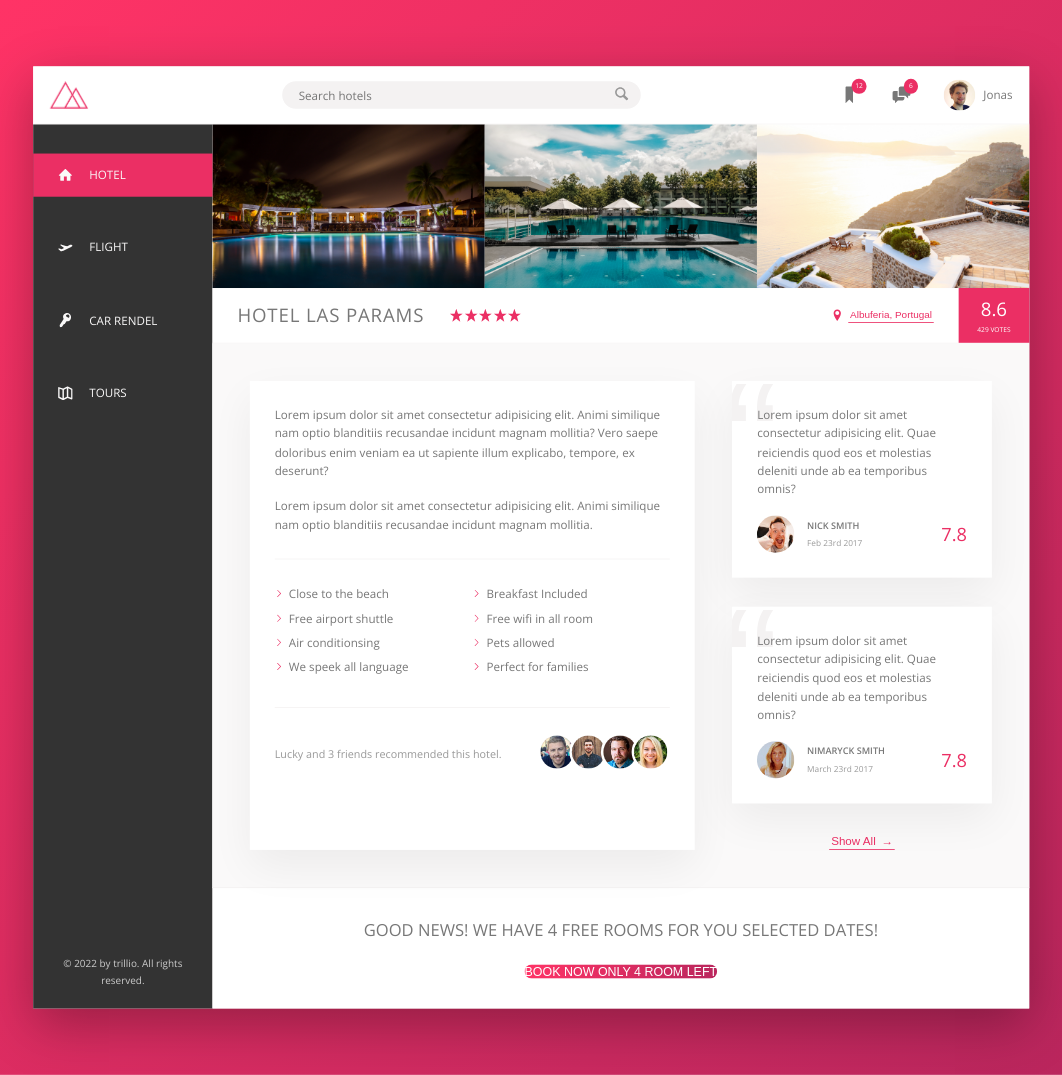
Repository: mohamediyas/flex_website
Page: index.html
These files come from the project's save history. The page is drawn as it stood at one moment and after the next save; the edit follows.
The browser window is 1280 px wide. The pictures show the whole page, at 83% of full size.
The style sheet was rebuilt from its Sass, Less or Tailwind sources for each picture, by a compiler version that may differ from the author's.

Above is the page before, as saved 2022-08-06 19:11:38.

### index.html
<!DOCTYPE html>
<html lang="en">
  <head>
    <meta charset="UTF-8" />
    <meta name="viewport" content="width=device-width, initial-scale=1.0" />
    <meta http-equiv="X-UA-Compatible" content="ie=edge" />

    <link
      href="https://fonts.googleapis.com/css?family=Open+Sans:300,400,600"
      rel="stylesheet"
    />
    <link rel="stylesheet" href="css/style.css" />
    <link rel="shortcut icon" type="image/png" href="img/favicon.png" />

    <title>nexter &mdash; your home, your freedom</title>
  </head>
  <body>
    <div class="container">
      <header class="header">
        <img src="img/logo.png" alt="trilio logo" class="logo" />
        <form action="#" class="search">
          <input
            type="text"
            class="search__input"
            placeholder="Search hotels"
          />
          <button class="search__button">
            <svg class="search__icon">
              <use xlink:href="img/sprite.svg#icon-magnifying-glass"></use>
            </svg>
          </button>
        </form>

        <nav class="user-nav">
          <div class="user-nav__icon-box">
            <svg class="user-nav__icon">
              <use xlink:href="img/sprite.svg#icon-bookmark"></use>
            </svg>
            <span class="user-nav__notification">12</span>
          </div>
          <div class="user-nav__icon-box">
            <svg class="user-nav__icon">
              <use xlink:href="img/sprite.svg#icon-chat"></use>
            </svg>
            <span class="user-nav__notification">6</span>
          </div>
          <div class="user-nav__user">
            <img
              src="img/user.jpg"
              alt="user image"
              class="user-nav__user-photo"
            />
            <span class="user-nav__user-name">Jonas</span>
          </div>
        </nav>
      </header>
      <div class="content">
        <nav class="sidebar">
          <ul class="side-nav">
            <li class="side-nav__item side-nav__item--active">
              <a href="#" class="side-nav__link">
                <svg class="side-nav__icon">
                  <use xlink:href="img/sprite.svg#icon-home"></use>
                </svg>
                <span>Hotel</span>
              </a>
            </li>
            <li class="side-nav__item">
              <a href="#" class="side-nav__link">
                <svg class="side-nav__icon">
                  <use xlink:href="img/sprite.svg#icon-aircraft-take-off"></use>
                </svg>
                <span>Flight</span>
              </a>
            </li>
            <li class="side-nav__item">
              <a href="#" class="side-nav__link">
                <svg class="side-nav__icon">
                  <use xlink:href="img/sprite.svg#icon-key"></use>
                </svg>
                <span>Car Rendel</span>
              </a>
            </li>
            <li class="side-nav__item">
              <a href="#" class="side-nav__link">
                <svg class="side-nav__icon">
                  <use xlink:href="img/sprite.svg#icon-map"></use>
                </svg>
                <span>Tours</span>
              </a>
            </li>
          </ul>
          <div class="legal">&copy; 2022 by trillio. All rights reserved.</div>
        </nav>
        <main class="hotel">
          <div class="gallery">
            <figure class="gallery__item">
              <img
                src="img/hotel-1.jpg"
                aria-label="home photot"
                alt=""
                class="gallery__photo"
              />
            </figure>

            <figure class="gallery__item">
              <img
                src="img/hotel-2.jpg"
                aria-label="home photot"
                alt=""
                class="gallery__photo"
              />
            </figure>

            <figure class="gallery__item">
              <img
                src="img/hotel-3.jpg"
                aria-label="home photot"
                alt=""
                class="gallery__photo"
              />
            </figure>
          </div>
          <div class="overview">
            <h1 class="overview__heading">Hotel las params</h1>
            <div class="overview__stars">
              <svg class="overview__icon-star">
                <use xlink:href="img/sprite.svg#icon-star"></use>
              </svg>
              <svg class="overview__icon-star">
                <use xlink:href="img/sprite.svg#icon-star"></use>
              </svg>
              <svg class="overview__icon-star">
                <use xlink:href="img/sprite.svg#icon-star"></use>
              </svg>
              <svg class="overview__icon-star">
                <use xlink:href="img/sprite.svg#icon-star"></use>
              </svg>
              <svg class="overview__icon-star">
                <use xlink:href="img/sprite.svg#icon-star"></use>
              </svg>
            </div>
            <div class="overview__location">
              <svg class="overview__icon-location">
                <use xlink:href="img/sprite.svg#icon-location-pin"></use>
              </svg>
              <button class="btn-inline">Albuferia, Portugal</button>
            </div>

            <div class="overview__rating">
              <div class="overview__rating-average">8.6</div>

              <div class="overview__rating-count">429 votes</div>
            </div>
          </div>
          <div class="detail">
            <div class="description">
              <p class="paragraph">
                Lorem ipsum dolor sit amet consectetur adipisicing elit. Animi
                similique nam optio blanditiis recusandae incidunt magnam
                mollitia? Vero saepe doloribus enim veniam ea ut sapiente illum
                explicabo, tempore, ex deserunt?
              </p>
              <p class="paragraph">
                Lorem ipsum dolor sit amet consectetur adipisicing elit. Animi
                similique nam optio blanditiis recusandae incidunt magnam
                mollitia.
              </p>
              <ul class="list">
                <li class="list__item">Close to the beach</li>
                <li class="list__item">Breakfast Included</li>
                <li class="list__item">Free airport shuttle</li>
                <li class="list__item">Free wifi in all room</li>
                <li class="list__item">Air conditionsing</li>
                <li class="list__item">Pets allowed</li>
                <li class="list__item">We speek all language</li>
                <li class="list__item">Perfect for families</li>
              </ul>
              <div class="recommend">
                <p class="recommend__count">
                  Lucky and 3 friends recommended this hotel.
                </p>
                <div class="recommend__friends">
                  <img src="img/user-3.jpg" alt="" class="recommend__photo" />
                  <img src="img/user-4.jpg" alt="" class="recommend__photo" />
                  <img src="img/user-5.jpg" alt="" class="recommend__photo" />
                  <img src="img/user-6.jpg" alt="" class="recommend__photo" />
                </div>
              </div>
            </div>
            <div class="user-reviews">
              <figure class="review">
                <blockquote class="review__text">
                  Lorem ipsum dolor sit amet consectetur adipisicing elit. Quae
                  reiciendis quod eos et molestias deleniti unde ab ea
                  temporibus omnis?
                </blockquote>
                <figcaption class="review__user">
                  <img class="review__photo" src="img/user-1.jpg" alt="" />
                  <div class="review__user-box">
                    <p class="review__user-name">Nick smith</p>
                    <p class="review__user-date">Feb 23rd 2017</p>
                  </div>
                  <div class="review__rating">7.8</div>
                </figcaption>
              </figure>
              <figure class="review">
                <blockquote class="review__text">
                  Lorem ipsum dolor sit amet consectetur adipisicing elit. Quae
                  reiciendis quod eos et molestias deleniti unde ab ea
                  temporibus omnis?
                </blockquote>
                <figcaption class="review__user">
                  <img class="review__photo" src="img/user-2.jpg" alt="" />
                  <div class="review__user-box">
                    <p class="review__user-name">NiMaryck smith</p>
                    <p class="review__user-date">March 23rd 2017</p>
                  </div>
                  <div class="review__rating">7.8</div>
                </figcaption>
              </figure>
              <button class="btn-inline">Show All <span>&rarr;</span></button>
            </div>
          </div>
          <div class="cta">
            <h2 class="cta__book-now">
              Good news! we have 4 free rooms for you selected dates!
            </h2>
            <button class="btn">
              <span class="btn__visible"> Book Now </span>
              <span class="btn__invisible"> Only 4 room left </span>
            </button>
          </div>
        </main>
      </div>
    </div>
  </body>
</html>

### sass/_base.scss
// COLOR VARIABLES

:root {
  --color-primary: #eb2f64;
  --color-primary-light: #ff3366;
  --color-primary-dark: #ba265d;

  --color-grey-light-1: #faf9f9;
  --color-grey-light-2: #f4f2f2;
  --color-grey-light-3: #f0eeee;
  --color-grey-light-4: #ccc;

  --color-grey-dark-1: #333;
  --color-grey-dark-2: #777;
  --color-grey-dark-3: #999;

  --shadow-dark: 0 2rem 6rem rgba(0, 0, 0, 0.3);
  --shadow-light: 0 2rem 5rem rgba(0, 0, 0, 0.06);

  --line: 1px solid var(--color-grey-light-2);
}

* {
  margin: 0;
  padding: 0;
}

*,
*::after,
*::before {
  box-sizing: inherit;
}

html {
  box-sizing: border-box;
  font-size: 62.5%;
}

body {
  background-image: linear-gradient(
    to right bottom,
    var(--color-primary-light),
    var(--color-primary-dark)
  );
  font-family: "Open Sans", sans-serif;
  font-weight: 400;
  line-height: 1.6;
  background-size: cover;
  background-repeat: no-repeat;
  min-height: 100vh;
  color: var(--color-grey-dark-2);
}

### sass/_components.scss
.logo {
  height: 3.25rem;
  margin-left: 2rem;
}

.search {
  flex: 0 0 40%;

  display: flex;
  justify-content: center;
  align-items: center;

  &__input {
    font-family: inherit;
    font-size: inherit;
    background-color: var(--color-grey-light-2);
    border: none;
    color: inherit;
    padding: 0.7rem 2rem;
    border-radius: 100px;
    width: 90%;
    transition: all 0.2s;
    margin-right: -3.25rem;
    &:focus {
      outline: none;
      width: 100%;
      background-color: var(--color-grey-light-3);
    }
  }

  &::-webkit-input-placeholder {
    font-weight: 100;
    color: var(--color-grey-light-4);
  }

  &__input:focus + &__button {
    background-color: var(--color-grey-light-3);
  }

  &__button {
    border: none;
    background-color: var(--color-grey-light-2);

    &:focus {
      outline: none;
    }

    &:active {
      transform: translateY(2px);
    }
  }

  &__icon {
    height: 2rem;
    width: 2rem;
    fill: var(--color-grey-dark-3);
  }
}

.user-nav {
  align-self: stretch;
  display: flex;
  align-items: center;

  & > * {
    padding: 0 2rem;
    cursor: pointer;
    height: 100%;
    display: flex;
    align-items: center;
  }

  & > *:hover {
    background-color: var(--color-grey-light-2);
  }

  &__icon-box {
    position: relative;
  }

  &__icon {
    height: 2.25rem;
    width: 2.25rem;
    fill: var(--color-grey-dark-2);
  }

  &__notification {
    font-size: 0.8rem;
    height: 1.75rem;
    width: 1.75rem;
    border-radius: 50%;
    background-color: var(--color-primary);
    color: #fff;
    position: absolute;
    top: 1.5rem;
    right: 1.1rem;
    display: flex;
    justify-content: center;
    align-items: center;
  }

  &__user {
  }

  &__user-photo {
    height: 3.75rem;
    border-radius: 50%;
    margin-right: 1rem;
  }

  &__user-name {
  }
}

// side navigation

.side-nav {
  font-size: 1.4rem;
  list-style: none;
  margin-top: 3.5rem;

  &__item {
    position: relative;

    &:not(:last-child) {
      margin-bottom: 3.5rem;
    }
  }

  &__item::before {
    content: "";
    position: absolute;
    top: 0;
    left: 0;
    height: 100%;
    width: 3px;
    background-color: var(--color-primary);
    transform: scaleY(0);
    transition: transform 0.2s, width 0.4s cubic-bezier(1, 0, 0, 1) 0.2s;
  }

  &__item:hover:before,
  &__item--active::before {
    transform: scaleY(1);
    width: 100%;
  }

  &__item:active:before {
    background-color: var(--color-primary-light);
  }

  &__link:link,
  &__link:visited {
    color: var(--color-grey-light-1);
    text-decoration: none;
    text-transform: uppercase;
    display: block;
    padding: 1.5rem 3rem;
    z-index: 10;
    position: relative;
    display: flex;
    align-items: center;
  }

  &__link:hover {
    color: white;
  }

  &__icon {
    width: 1.75rem;
    height: 1.75rem;
    margin-right: 2rem;
    fill: currentColor;
  }
}

.legal {
  font-size: 1.2rem;
  text-align: center;
  color: var(--color-grey-light-4);
  padding: 2.5rem;
}

.gallery {
  display: flex;

  &__photo {
    width: 100%;
    display: block;
  }
}

.overview {
  display: flex;
  border-bottom: 1px solid var(--color-grey-light-2);
  align-items: center;

  &__heading {
    font-size: 2.25rem;
    font-weight: 300;
    text-transform: uppercase;
    letter-spacing: 1px;
    padding: 1.5rem 3rem;
  }
  &__stars {
    // flex: 1;
    margin-right: auto;
    display: flex;
  }
  &__icon-star,
  &__icon-location {
    width: 1.75rem;
    height: 1.75rem;
    fill: var(--color-primary);
  }
  &__location {
    font-size: 1.2rem;
    display: flex;
    align-items: center;
  }

  &__icon-location {
    margin-right: 0.5rem;
  }

  &__rating {
    background-color: var(--color-primary);
    margin-left: 3rem;
    color: #fff;
    align-self: stretch;
    padding: 0 2.25rem;

    display: flex;
    flex-direction: column;
    align-items: center;
    justify-content: center;
  }
  &__rating-average {
    font-size: 2.25rem;
    font-weight: 300;
  }
  &__rating-count {
    font-size: 0.8rem;
    text-transform: uppercase;
  }
}

.paragraph:not(:last-of-type) {
  margin-bottom: 2rem;
}

.list {
  list-style: none;
  margin: 3rem 0;
  padding: 3rem 0;
  border-top: var(--line);
  border-bottom: var(--line);
  display: flex;
  flex-wrap: wrap;

  &__item {
    flex: 0 0 50%;
    margin-bottom: 0.7rem;
  }

  &__item::before {
    content: "";
    display: inline-block;
    height: 1rem;
    width: 1rem;
    margin-right: 0.7rem;
    // background-image: url(../img/chevron-thin-right.svg);

    // background-size: cover;

    // masks
    background-color: var(--color-primary);
    -webkit-mask-image: url(../img/chevron-thin-right.svg);
    -webkit-mask-size: cover;
  }
}

.recommend {
  font-size: 1.3rem;
  color: var(--color-grey-dark-3);

  display: flex;
  align-items: center;
  // justify-content: space-between;
  &__count {
    margin-right: auto;
  }

  &__friend {
  }

  &__photo {
    box-sizing: content-box;
    height: 4rem;
    width: 4rem;
    border-radius: 50%;
    border: 3px solid #fff;

    &:not(:last-child) {
      margin-right: -1.15rem;
    }
  }
}

// reviews

.review {
  background-color: #fff;
  box-shadow: var(--shadow-light);
  padding: 3rem;
  margin-bottom: 3.5rem;
  position: relative;
  overflow: hidden;

  &__text {
    margin-bottom: 2rem;
    z-index: 10;
    position: relative;
  }
  &__user {
    display: flex;
    align-items: center;
  }
  &__photo {
    height: 4.5rem;
    width: 4.5rem;
    border-radius: 50%;
    margin-right: 1.5rem;
  }
  &__user-box {
    margin-right: auto;
  }

  &__user-name {
    font-size: 1.1rem;
    font-weight: 600;
    text-transform: uppercase;
    margin-bottom: 0.4rem;
  }

  &__user-date {
    font-size: 1rem;
    color: var(--color-grey-dark-3);
  }

  &__rating {
    color: var(--color-primary);
    font-size: 2.2rem;
    font-weight: 300;
  }

  &::before {
    content: "\201c";
    position: absolute;
    top: -2.75rem;
    left: -1rem;
    line-height: 1;
    font-size: 20rem;
    color: var(--color-grey-light-2);
    font-family: sans-serif;
    z-index: 1;
  }
}

.cta {
  padding: 3.5rem 0;
  text-align: center;

  &__book-now {
    font-size: 2rem;
    font-weight: 300;
    text-transform: uppercase;
    margin-bottom: 2.5rem;
  }
}

.btn {
  font-size: 1.5rem;
  border: none;
  text-transform: uppercase;
  font-weight: 300;
  border-radius: 100px;
  background-image: linear-gradient(
    to right,
    var(--color-primary-light),
    var(--color-primary-dark)
  );
  color: #fff;
  &__visible {
  }

  &__invisible {
  }
}

### sass/_layout.scss
.container {
  max-width: 120rem;
  margin: 8rem auto;
  background-color: var(--color-grey-light-2);
  box-shadow: var(--shadow-dark);
  min-height: 50rem;
}

.header {
  font-size: 1.4rem;
  height: 7rem;
  background-color: #fff;
  border-bottom: 1px solid var(--color-grey-light-2);
  display: flex;
  justify-content: space-between;
  align-items: center;
}

.content {
  display: flex;
}

.sidebar {
  background-color: var(--color-grey-dark-1);
  flex: 0 0 18%;
  display: flex;
  flex-direction: column;
  justify-content: space-between;
}

.hotel {
  background-color: #fff;
  // height: 80rem;
  flex: 1;
}

.detail {
  display: flex;
  padding: 4.5rem;
  font-size: 1.4rem;

  background-color: var(--color-grey-light-1);
  border-bottom: var(--line);
}

.description {
  background-color: #fff;
  flex: 0 0 60%;
  margin-right: 4.5rem;
  box-shadow: var(--shadow-light);
  padding: 3rem;
}

.user-reviews {
  flex: 1;
  display: flex;
  flex-direction: column;
  align-items: center;
}

.btn-inline {
  border: none;
  color: var(--color-primary);
  font-size: inherit;
  border-bottom: 1px solid currentColor;
  padding: 2px;
  display: inline-block;
  background-color: transparent;
  cursor: pointer;
  transition: all 0.2s;

  & span {
    margin-left: 3px;
    transition: margin-left 0.2s;
  }

  &:hover {
    color: var(--color-grey-dark-1);

    span {
      margin-left: 8px;
    }
  }

  &:focus {
    outline: none;
    animation: pulsate 1s infinite;
  }
}

@keyframes pulsate {
  0% {
    transform: scale(1);
    box-shadow: none;
  }
  50% {
    transform: scale(1.05);
    box-shadow: 0 1rem 4rem rgba(0, 0, 0, 0.25);
  }
  100% {
    transform: scale(1);
    box-shadow: none;
  }
}

Loaded but not shown: sass/main.scss (common file)

After the next save:
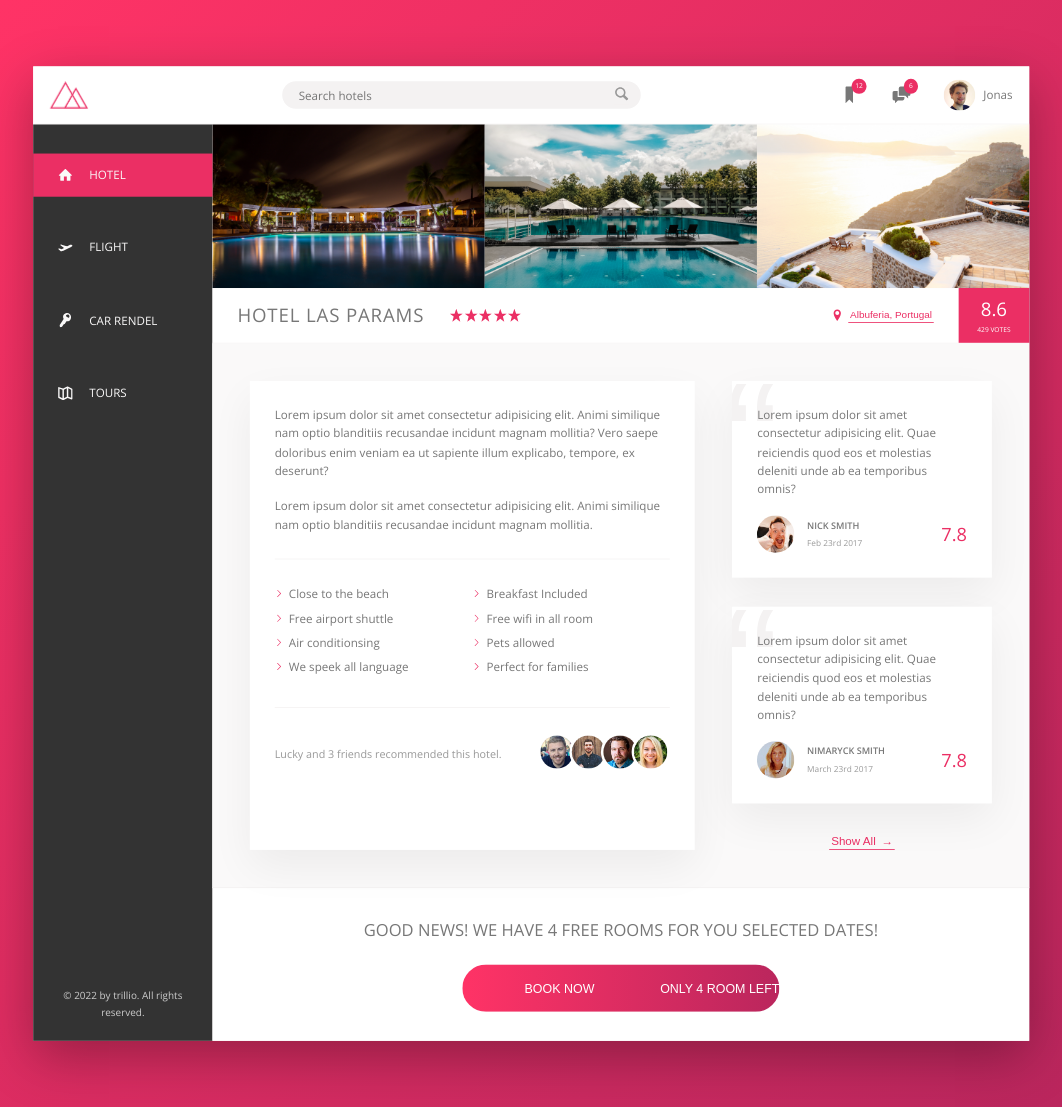
Saved 32 s later.
--- a/sass/_components.scss
+++ b/sass/_components.scss
@@ -392,6 +392,8 @@
   );
   color: #fff;
   &__visible {
+    display: inline-block;
+    padding: 2rem 7.5rem;
   }
 
   &__invisible {
